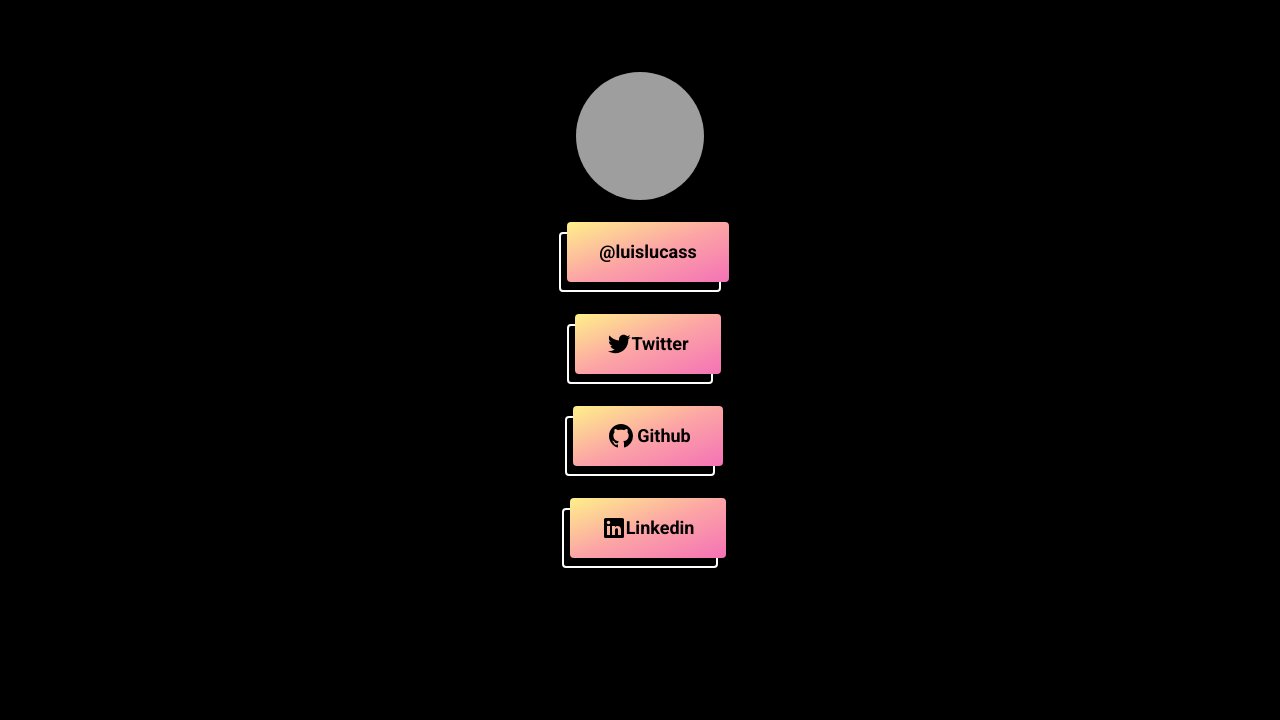
Repository: LuisSempre/link-to
Page: index.html
These files come from the project's save history. The page is drawn as it stood at one moment and after the next save; the edit follows.
The browser window is 1280 px wide. The pictures show the whole page.
Pictures or frames that could not be fetched are drawn as grey boxes. Some web libraries are served in a nearby version.

Above is the page before, as saved 2022-07-05 22:46:27.

After the next save:
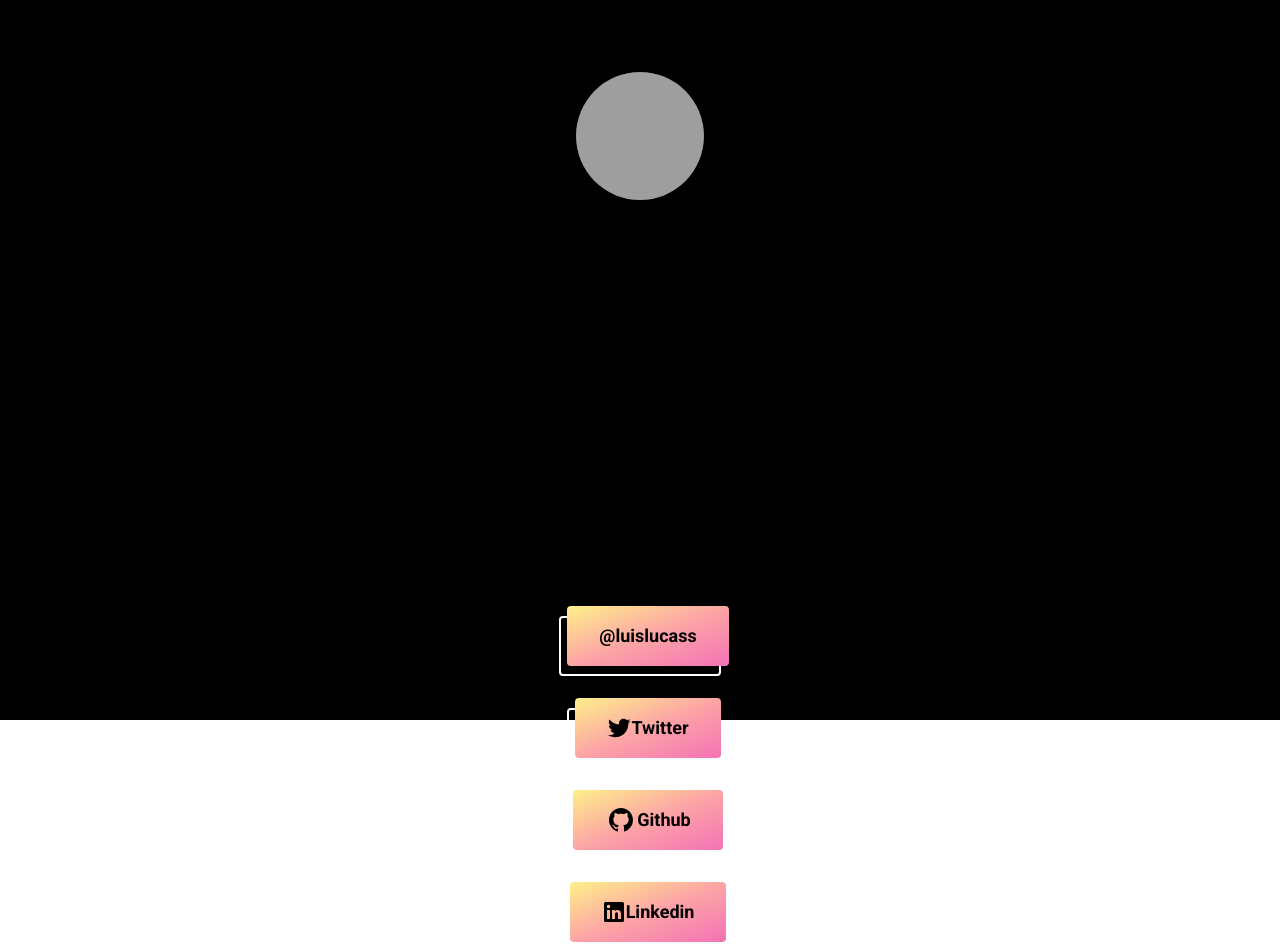
Saved 15 s later.
--- a/index.html
+++ b/index.html
@@ -18,7 +18,7 @@
                 <div class="relative z-40 mx-auto h-full max-w-7xl px-10">
                     <div class="-mt-20 flex h-full w-full flex-col items-center
                         justify-center space-y-8">
-                        <div class="rounded-full bg-transparent shadow-sm hover:border-gray-400 focus-within:ring-2 focus-within:ring-offset-2 focus-within:ring-indigo-500">
+                        <div class="rounded-full bg-transparent shadow-sm hover:border-gray-400 focus-within:ring-2 focus-within:ring-offset-2 focus-within:ring-indigo-500 p-96">
                             <img
                             class="w-32 h-32 rounded-full"
                             src="https://media-exp1.licdn.com/dms/image/C4E03AQFxPhk96MlXfQ/profile-displayphoto-shrink_800_800/0/1657066015387?e=1662595200&v=beta&t=8l3NPv3_wh4v4q8p_mHKIiNLJlaeUFYIeHHBMLw4AEI"

After the 2 saves that followed:
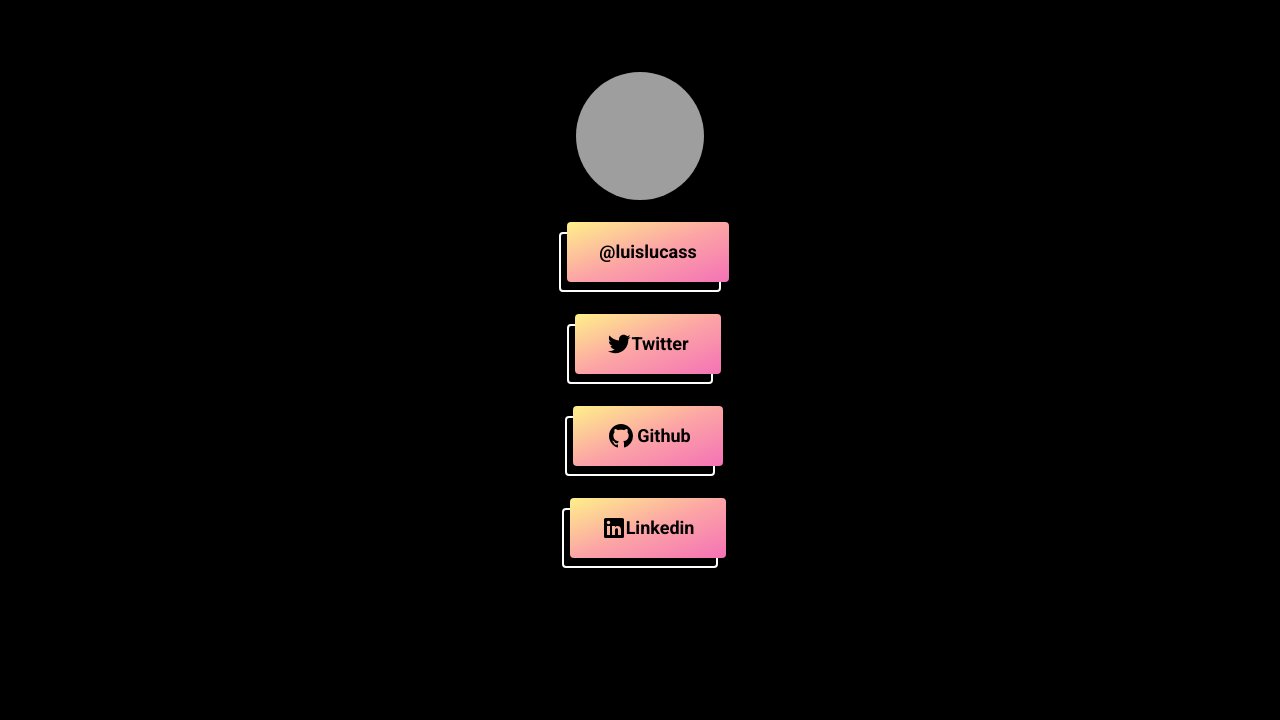
The 2 saves are shown as one change because they came seconds apart.
The last was saved 9 s later.
--- a/index.html
+++ b/index.html
@@ -18,7 +18,7 @@
                 <div class="relative z-40 mx-auto h-full max-w-7xl px-10">
                     <div class="-mt-20 flex h-full w-full flex-col items-center
                         justify-center space-y-8">
-                        <div class="rounded-full bg-transparent shadow-sm hover:border-gray-400 focus-within:ring-2 focus-within:ring-offset-2 focus-within:ring-indigo-500 p-96">
+                        <div class="rounded-full bg-transparent shadow-sm hover:border-gray-400 focus-within:ring-2 focus-within:ring-offset-2 focus-within:ring-indigo-500">
                             <img
                             class="w-32 h-32 rounded-full"
                             src="https://media-exp1.licdn.com/dms/image/C4E03AQFxPhk96MlXfQ/profile-displayphoto-shrink_800_800/0/1657066015387?e=1662595200&v=beta&t=8l3NPv3_wh4v4q8p_mHKIiNLJlaeUFYIeHHBMLw4AEI"
